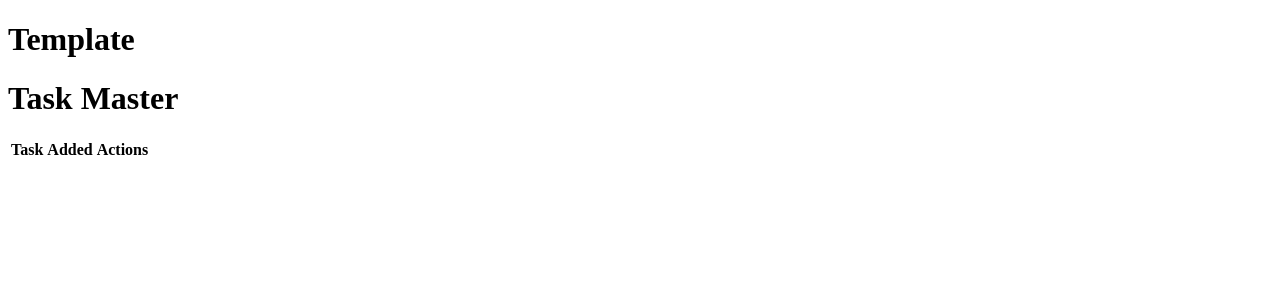
Repository: AnkurDevv/PythonFlask-TaskMaster
Page: http://localhost/
These files come from the project's save history. The page is drawn as it stood at one moment and after the next save; the edit follows.
The browser window is 1280 px wide. The pictures show the whole page.
The page is served by the project's application, run on Flask 3 (app.py).

Above is the page before, as saved 2020-02-24 15:56:02.

After the next save:
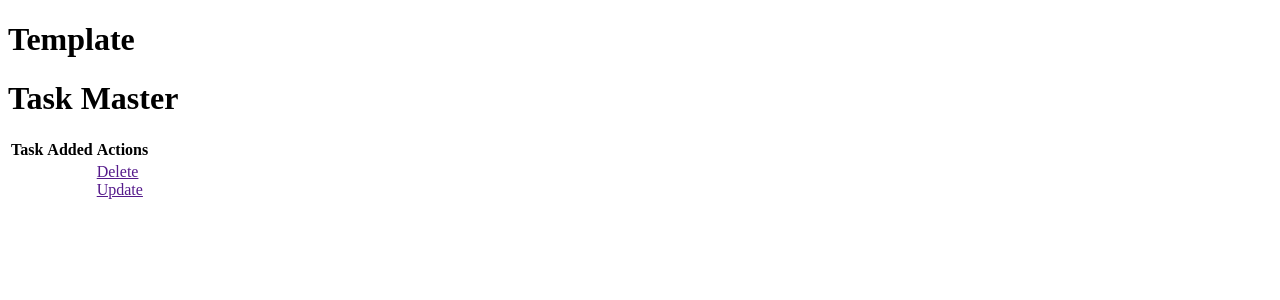
Saved 47 s later.
--- a/templates/index.html
+++ b/templates/index.html
@@ -17,7 +17,11 @@
     <tr>
       <td></td>
       <td></td>
-      <td></td>
+      <td>
+        <a href="">Delete</a>
+        <br>
+        <a href="">Update</a>
+      </td>
     </tr>
   </table>
 </div>
